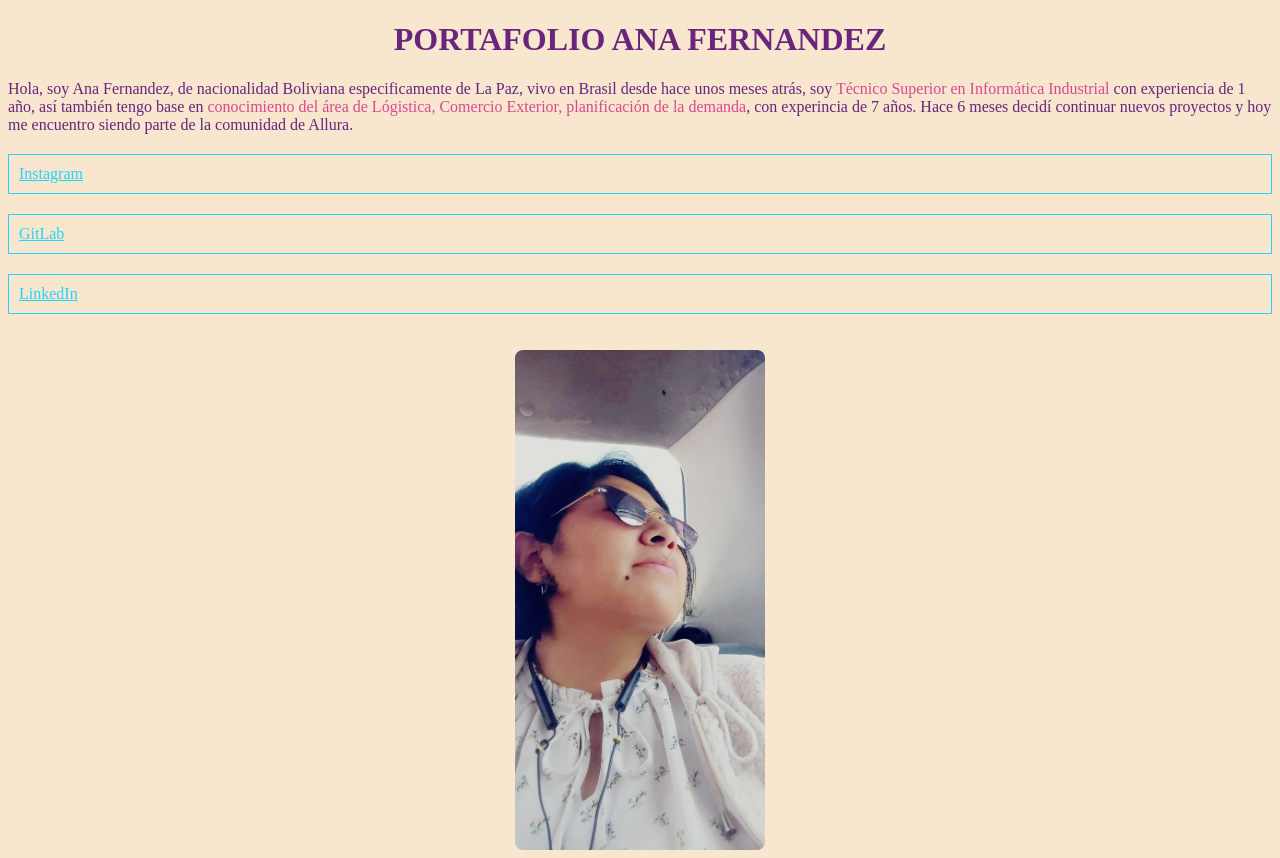
Repository: AnaFzCz/PROYECTOS-HTML---CSS2
Page: Portafolio/index.html
An editor plug-in stored every save of this project. The page is shown before and after the next save, followed by the edit.
The browser window is 1280 px wide. The pictures show the whole page.

Above is the page before, as saved 2025-01-23 07:33:39.

After the next save:
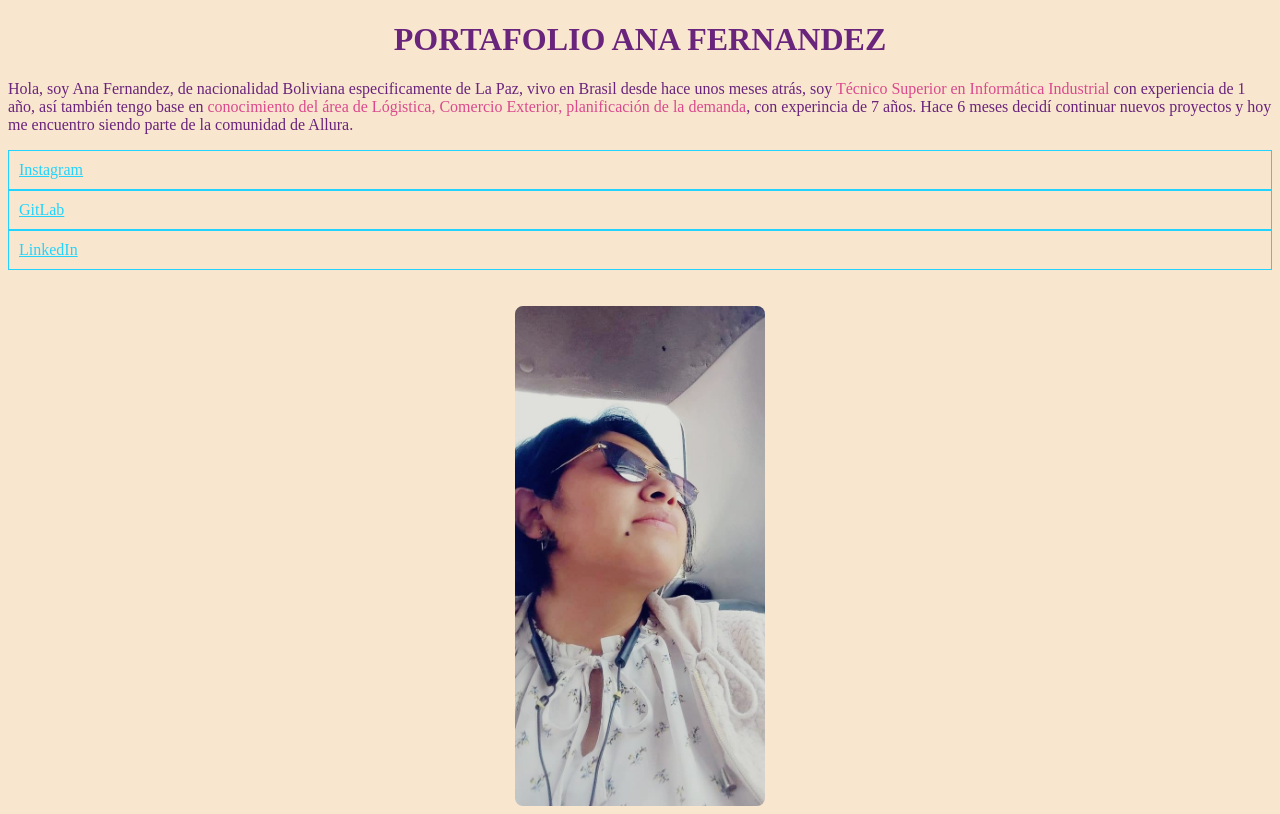
Saved 21 s later.
--- a/Portafolio/style.css
+++ b/Portafolio/style.css
@@ -30,7 +30,7 @@
     transform: scaleX(-1);
   }
   .bot {
-    margin-top: 20px;
+    /*margin-top: 20px;*/
     display: flex;
     /*justify-content: center;
     gap: 10px;*/

After the save that followed:
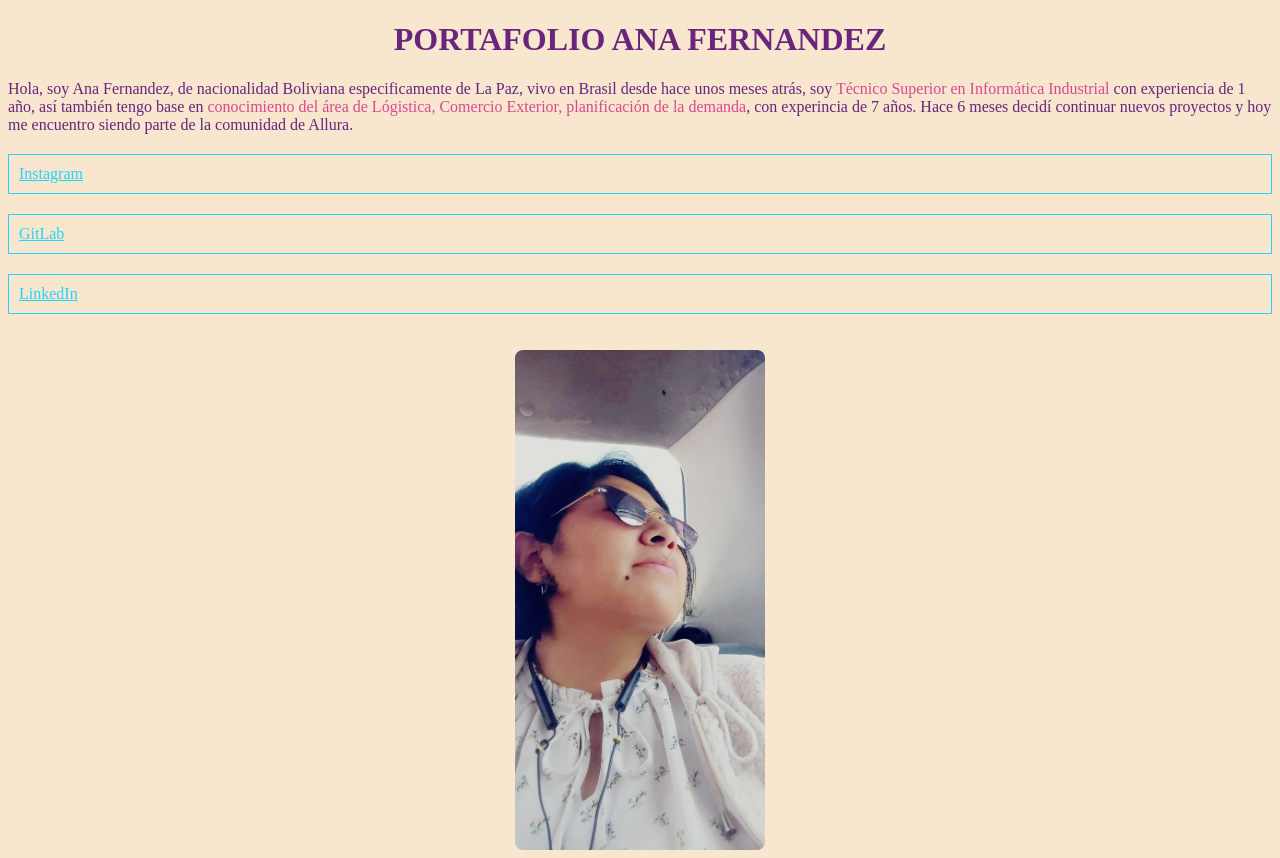
Saved 11 s later.
--- a/Portafolio/style.css
+++ b/Portafolio/style.css
@@ -30,7 +30,7 @@
     transform: scaleX(-1);
   }
   .bot {
-    /*margin-top: 20px;*/
+    margin-top: 20px;
     display: flex;
     /*justify-content: center;
     gap: 10px;*/
